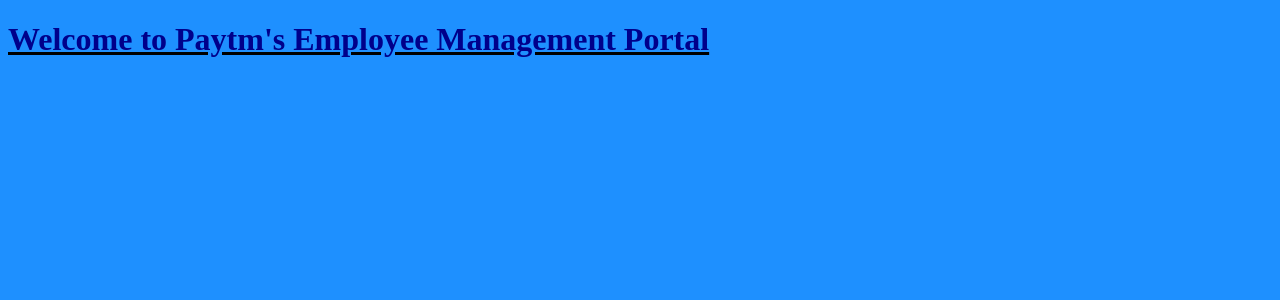
Repository: kimchiLover/BackupProjectsOnPC
Page: eclipse-oauth/ManageEmpApp/WebContent/index.html
The author's editor kept a copy of each file at every save. The page is drawn from the files as they stood at one save, then again after the next save.
The browser window is 1280 px wide. The pictures show the whole page.

Above is the page before, as saved 2019-07-18 08:59:24.

### eclipse-oauth/ManageEmpApp/WebContent/index.html
<!DOCTYPE html>
<html>
<head>
<meta charset="UTF-8">
<title>Paytm Emp Portal</title>
</head>
<body style="background-color:DodgerBlue;">
<u><h1 style="color:DarkBlue;">Welcome to Paytm's Employee Management Portal</h1></u>
</body>
</html>

After the next save:
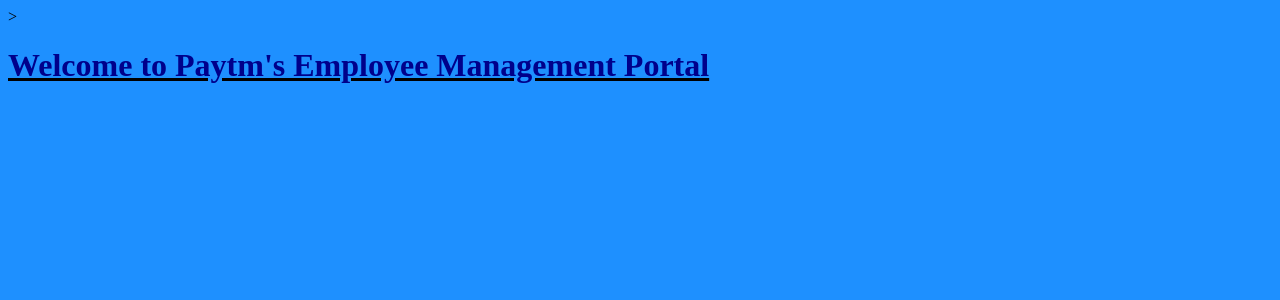
Saved 16 s later.
--- a/eclipse-oauth/ManageEmpApp/WebContent/index.html
+++ b/eclipse-oauth/ManageEmpApp/WebContent/index.html
@@ -5,6 +5,7 @@
 <title>Paytm Emp Portal</title>
 </head>
 <body style="background-color:DodgerBlue;">
-<u><h1 style="color:DarkBlue;">Welcome to Paytm's Employee Management Portal</h1></u>
+<center></center>><u><h1 style="color:DarkBlue;">Welcome to Paytm's Employee Management Portal
+</h1></u></center>
 </body>
 </html>
